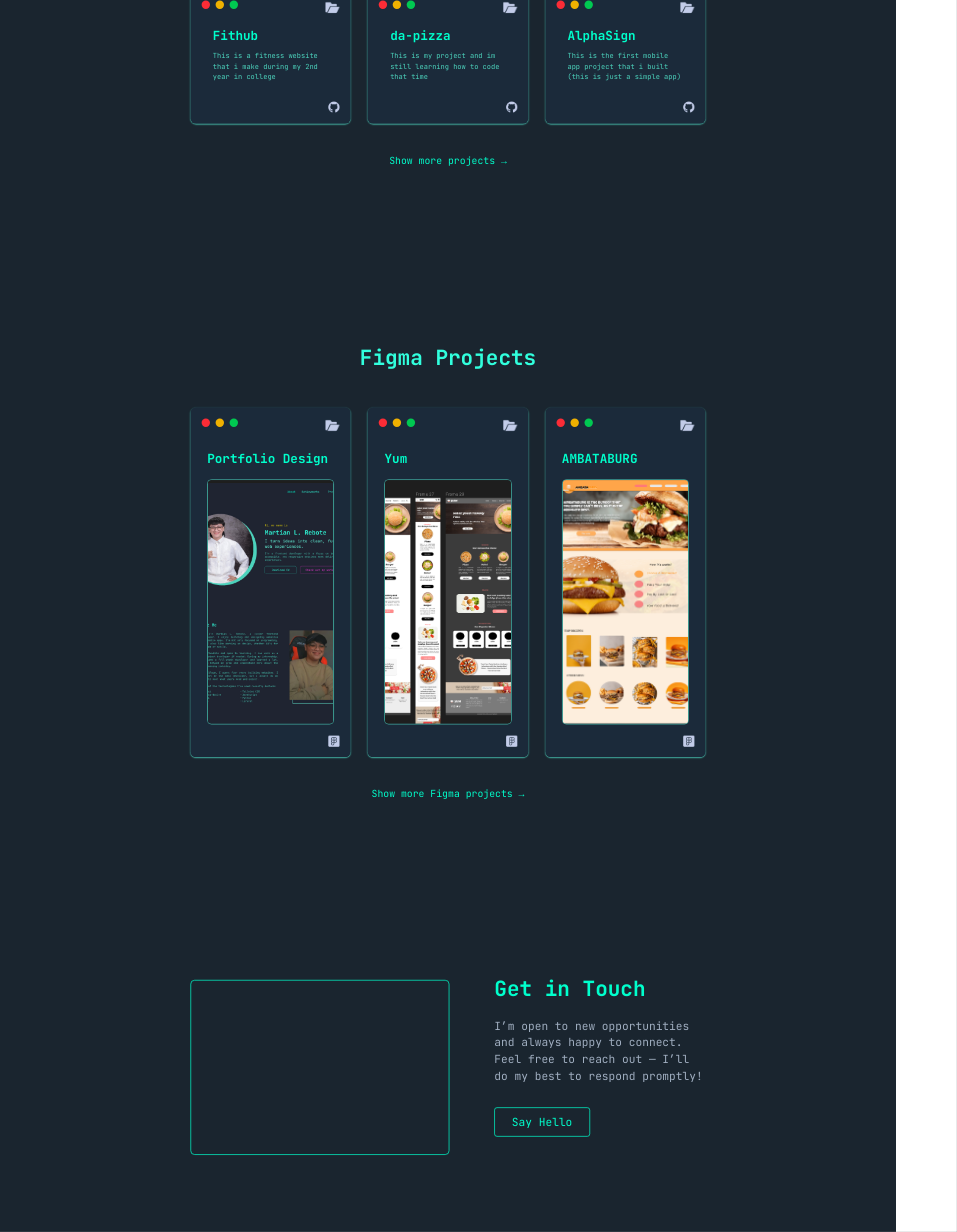
Repository: m4rsu-code/Portfolio
Page: / (app in my-portfolio/)
An editor plug-in stored every save of this project. The page is shown before and after the next save, followed by the edit.
The browser window is 1280 px wide. The page is 1367 px wide, so the pictures cover 1367 px, including what lies to the right of the window. The pictures show the part of the page from y = 3207 to 4967 px (the page is 4967 px tall), at 70% of full size.
The project was rebuilt for these pictures with package versions that can differ from the ones it lists, and the page was loaded fresh each time. Also part of the build but not shown: my-portfolio/vite.config.js, my-portfolio/src/assets/components/Modal/AchievementModal.jsx, my-portfolio/src/AchievementsPage.jsx, my-portfolio/src/ProjectPage.jsx, my-portfolio/src/FigmaProjectsPage.jsx.

Above is the page before, as saved 2025-08-04 18:17:21.

After the next save:
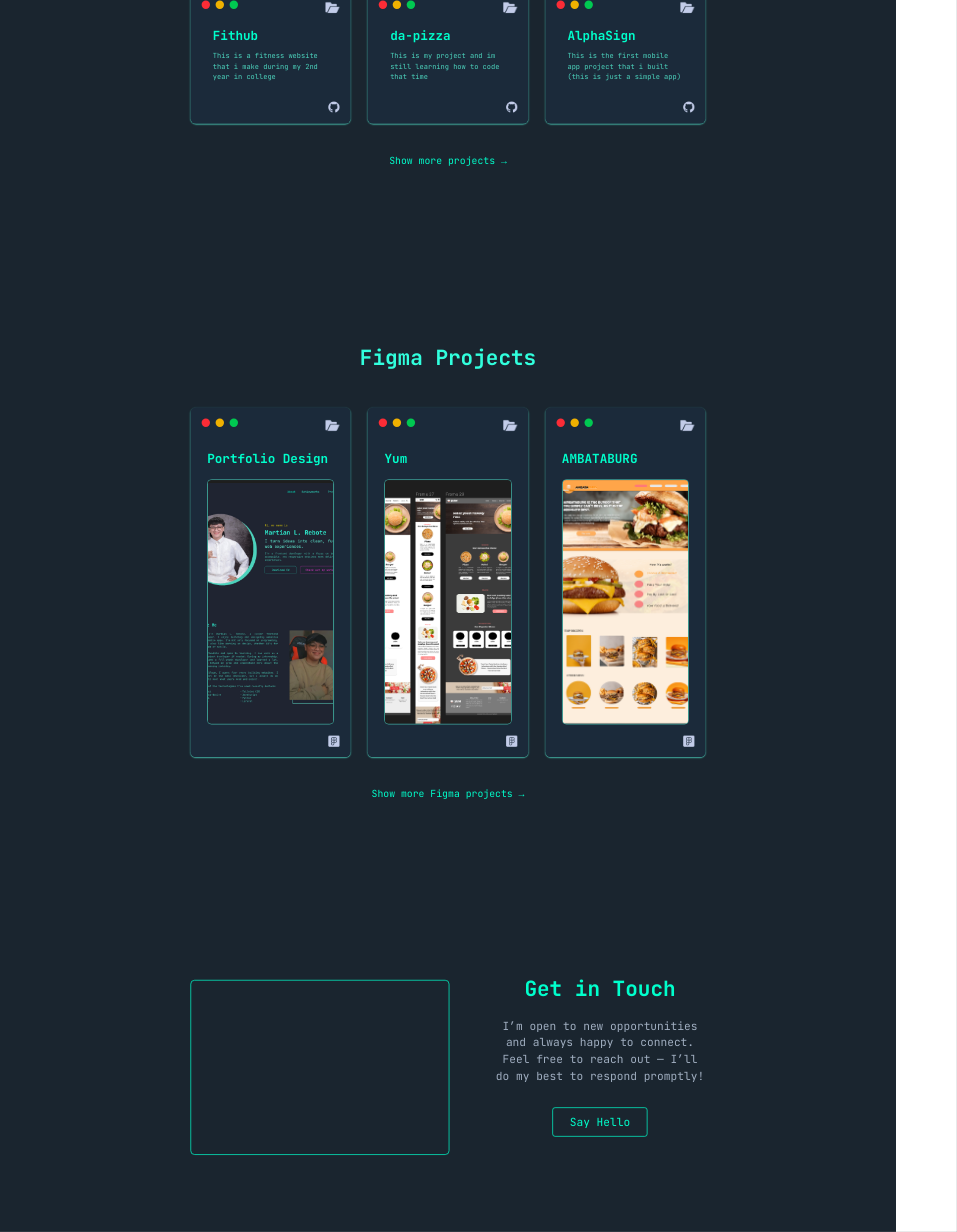
Saved 10 s later.
--- a/my-portfolio/src/App.jsx
+++ b/my-portfolio/src/App.jsx
@@ -339,7 +339,7 @@ function App() {
             <div className="border border-[#00FFCC] md:w-[900px] md:h-[250px] rounded-md"></div>
 
             {/* Right side — text, button, and icons */}
-            <div className="w-full text-center md:text-left">
+            <div className="w-full text-center ">
               <h2 className="text-[#00FFCC] text-2xl md:text-3xl font-bold mb-6">Get in Touch</h2>
               <p className="text-[#A0AEC0] text-sm md:text-base mb-8 max-w-md">
                 I’m open to new opportunities and always happy to connect. Feel free to reach out — I’ll do my best to respond promptly!
